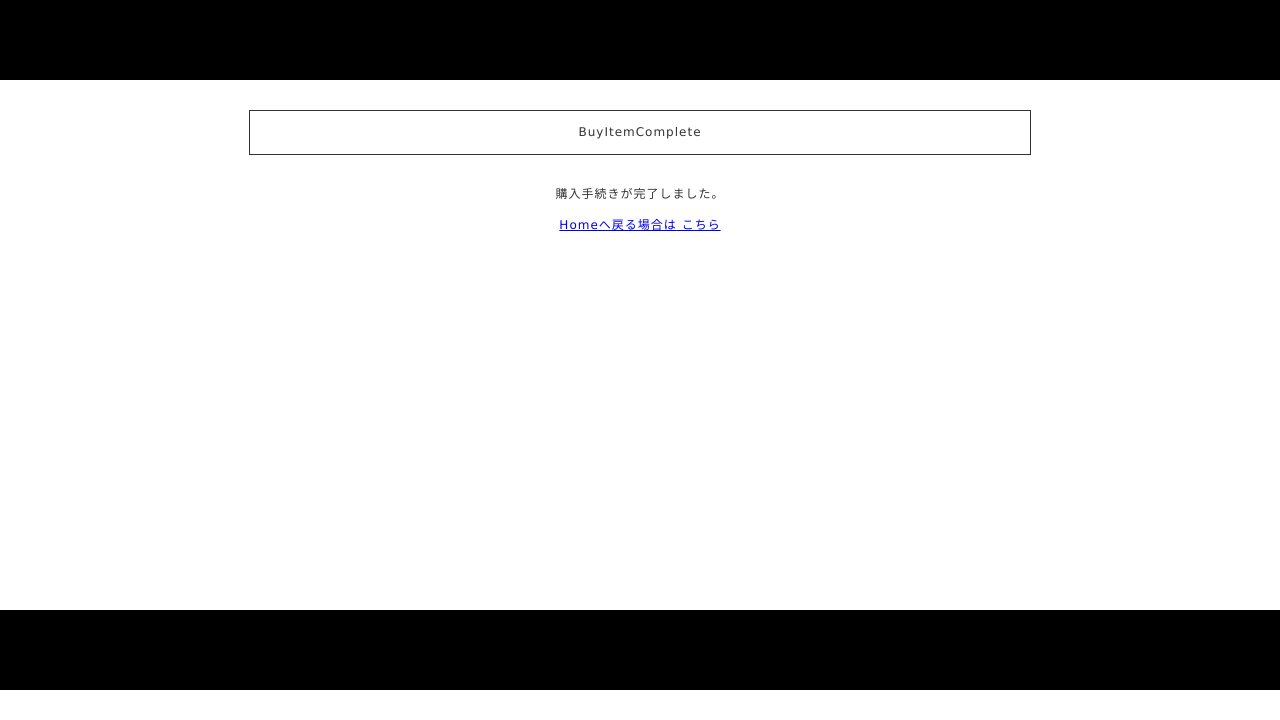
Repository: b1116248/test
Page: http://localhost/ecsite/buyItemComplete.jsp
An editor plug-in stored every save of this project. The page is shown before and after the next save, followed by the edit.
The browser window is 1280 px wide. The pictures show the whole page.
Some web libraries are served in a nearby version. The page is served by Tomcat 9. Other server files are loaded and not shown.

Above is the page before, as saved 2018-07-30 02:47:09.

### ecsite/WebContent/buyItemComplete.jsp
<%@ page language="java" contentType="text/html; charset=UTF-8"
    pageEncoding="UTF-8"%>
    <%@ taglib prefix="s" uri="/struts-tags" %>


<!DOCTYPE html>
<html>
<head>
<meta http-equiv="Content-Type" content="text/html; charset=UTF-8">
<meta http-equiv="Content-Style-Type" content="text/css" />
<meta http-equiv="Content-Script-Type" content="text/javascript" />
<meta http-equiv="imagetoolbar" content="no" />
<meta name="description" content="" />
<meta name="keywords" content="" />
<script src="http://ajax.googleapis.com/ajax/libs/jquery/1.9.1/jquery.min.js"></script>

<title>BuyItemComplete画面</title>

<style type="text/css">
body {
margin:0;
padding:0;
line-height:1.6;
letter-spacing:1px;
font-family:Verdana, Helvetica, sans-serif;
font-size:12px;
color:#333;
background:#fff;
}

table {
text-align:center;
margin:0 auto;
}

#top {
width:780px;
margin:30px auto;
border:1px solid #333;
}

#header {
width:100%;
height:80px;
background-color:black;
}

#main{
width:100%;
height:500px;
text-align:center;

}

#footer{
width:100%;
height:80px;
background-color:black;
clear:both;
}

</style>


</head>

<body>
<div id="header">
	<div id="pr">
		</div>

	</div>

	<div id="main">
		<div id="top">
			<p>BuyItemComplete</p>
		</div>

<div>
	<p>購入手続きが完了しました。</p>

	<div>
			<a href='<s:url action="MyPageAction" />'>
			<p>Homeへ戻る場合は<a href='<s:url action="GoHomeAction" />'>
			こちら</a></p>

		</div>
</div>
</div>


<div id="footer">
	<div id="pr">
	</div>
</div>

</body>
</html>

After the next save:
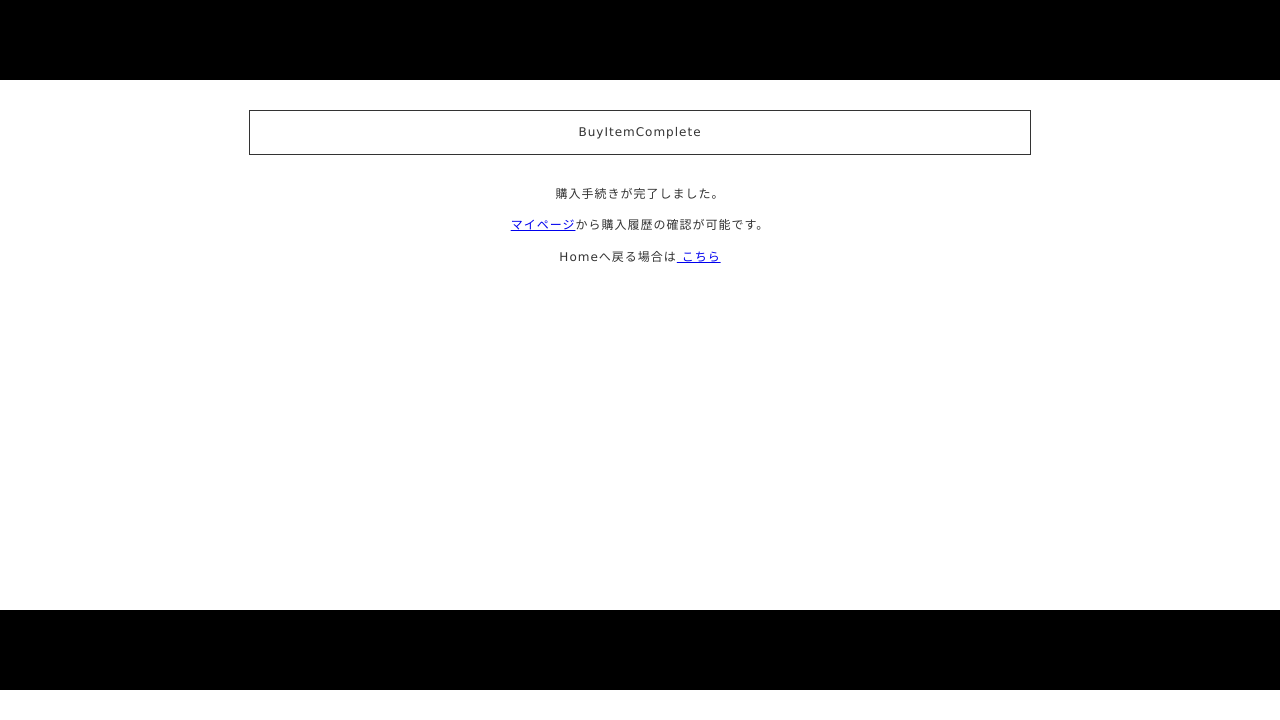
Saved 75 s later.
--- a/ecsite/WebContent/buyItemComplete.jsp
+++ b/ecsite/WebContent/buyItemComplete.jsp
@@ -81,6 +81,7 @@ clear:both;
 
 	<div>
 			<a href='<s:url action="MyPageAction" />'>
+			マイページ</a><span>から購入履歴の確認が可能です。</span>
 			<p>Homeへ戻る場合は<a href='<s:url action="GoHomeAction" />'>
 			こちら</a></p>
 
